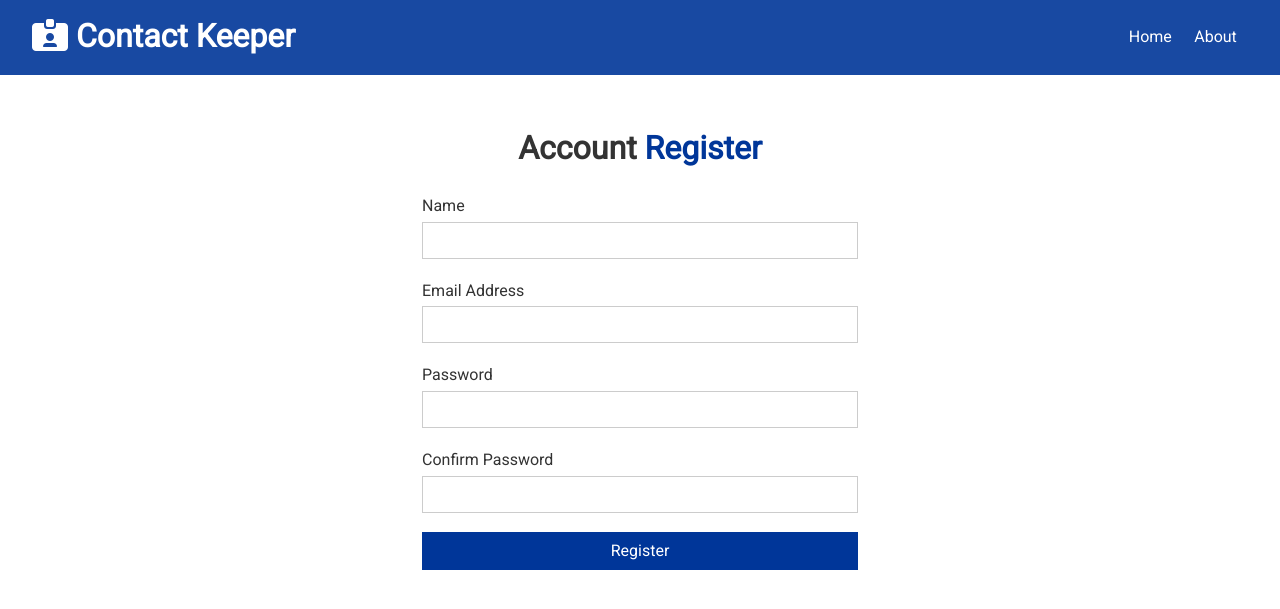
Repository: michaelm602623/contactKeeper
Page: /register (app in client/)
An editor plug-in stored every save of this project. The page is shown before and after the next save, followed by the edit.
The browser window is 1280 px wide. The pictures show the whole page.
Some web libraries are served in a nearby version. The project was rebuilt for these pictures with package versions that can differ from the ones it lists, and the page was loaded fresh each time. A package was used in the major version that the imports need, not the one package.json lists. Also part of the build but not shown: client/src/components/contacts/ContactItem.js, client/src/components/contacts/Contacts.js, client/src/components/contacts/ContactForm.js, client/src/components/contacts/ContactFilter.js, client/src/components/pages/Home.js, client/src/components/pages/About.js, client/src/components/auth/Login.js.

Above is the page before, as saved 2019-11-22 10:01:08.

### client/public/index.html
<!DOCTYPE html>
<html lang="en">
  <head>
    <meta charset="utf-8" />
    <link rel="icon" href="%PUBLIC_URL%/favicon.ico" />
    <meta name="viewport" content="width=device-width, initial-scale=1" />
    <meta name="theme-color" content="#000000" />
    <meta
      name="description"
      content="Web site created using create-react-app"
    />
    <link rel="apple-touch-icon" href="logo192.png" />
    <script src="https://kit.fontawesome.com/cdce8a0938.js" crossorigin="anonymous"></script>
    <link rel="manifest" href="%PUBLIC_URL%/manifest.json" />

    <title>Contact-Keeper</title>
  </head>
  <body>
    <noscript>You need to enable JavaScript to run this app.</noscript>
    <div id="root"></div>
  </body>
</html>

### client/src/App.js
import React, { Fragment } from "react";
import { BrowserRouter as Router, Route, Switch } from "react-router-dom";
import Navbar from "./components/layout/Navbar";
import Home from "./components/pages/Home";
import About from "./components/pages/About";
import Register from "./components/auth/Register";
import Login from "./components/auth/Login";

import ContactState from "./context/contact/ContactState";
import AuthState from "./context/auth/AuthState";
import "./App.css";

const App = () => {
  return (
    <AuthState>
      <ContactState>
        <Router>
          <Fragment>
            <Navbar />
            <div className='container'>
              <Switch>
                <Route exact path='/' component={Home} />
                <Route exact path='/about' component={About} />
                <Route exact path='/register' component={Register} />
                <Route exact path='/login' component={Login} />
              </Switch>
            </div>
          </Fragment>
        </Router>
      </ContactState>
    </AuthState>
  );
};

export default App;

### client/src/components/layout/Navbar.js
import React from "react";
import PropTypes from "prop-types";
import { Link } from "react-router-dom";

export const Navbar = ({ title, icon }) => {
  return (
    <div className='navbar bg-primary'>
      <h1>
        <i className={icon} /> {title}
      </h1>
      <ul>
        <li>
          <Link to='/'>Home</Link>
        </li>
        <li>
          <Link to='/about'>About</Link>
        </li>
      </ul>
    </div>
  );
};

Navbar.propTypes = {
  title: PropTypes.string.isRequired,
  icon: PropTypes.string
};

Navbar.defaultProps = {
  title: "Contact Keeper",
  icon: "fas fa-id-card-alt"
};

export default Navbar;

### client/src/components/auth/Register.js
import React, { useState } from "react";

const Register = () => {
  const [user, setUser] = useState({
    name: "",
    email: "",
    password: "",
    password2: ""
  });

  const { name, email, password, password2 } = user;

  const onChange = e => setUser({ ...user, [e.target.name]: e.target.value });

  const onSubmit = e => {
      e.preventDefault();
      console.log('Register submit');
  };

  return (
    <div className='form-container'>
      <h1>
        Account <span className='text-primary'>Register</span>
      </h1>
      <form onSubmit={onSubmit}>
        <div className='form-group'>
          <label htmlFor='name'>Name</label>
          <input type='text' name='name' value={name} onChange={onChange} />
        </div>
        <div className='form-group'>
          <label htmlFor='email'>Email Address</label>
          <input type='email' name='email' value={email} onChange={onChange} />
        </div>
        <div className='form-group'>
          <label htmlFor='password'>Password</label>
          <input type='password' name='password' value={password} onChange={onChange} />
        </div>
        <div className='form-group'>
          <label htmlFor='password2'>Confirm Password</label>
          <input type='password' name='password2' value={password2} onChange={onChange} />
        </div>
        <input type="submit" value="Register" className="btn btn-primary btn-block" />
      </form>
    </div>
  );
};

export default Register;

### client/src/context/contact/ContactState.js
import React, { useReducer } from "react";
import uuid from "uuid";
import ContactContext from "./contactContext";
import contactReducer from "./contactReducer";
import {
  ADD_CONTACT,
  DELETE_CONTACT,
  SET_CURRENT,
  CLEAR_CURRENT,
  UPDATE_CONTACT,
  FILTER_CONTACTS,
  CLEAR_FILTER
} from "../types";

const ContactState = props => {
  const initialState = {
    contacts: [
      {
        id: 1,
        name: "Jill Johnson",
        email: "jill@gmail.com",
        phone: "111-111-1111",
        type: "personal"
      },
      {
        id: 2,
        name: "Sara Watson",
        email: "sara@gmail.com",
        phone: "222-222-2222",
        type: "personal"
      },
      {
        id: 3,
        name: "Harry White",
        email: "harry@gmail.com",
        phone: "333-333-3333",
        type: "professional"
      }
    ],
    current: null,
    filtered: null
  };

  const [state, dispatch] = useReducer(contactReducer, initialState);

  //   Add Contact
  const addContact = contact => {
    contact.id = uuid.v4();
    dispatch({ type: ADD_CONTACT, payload: contact });
  };

  // Delete Contact
  const deleteContact = id => {
    dispatch({ type: DELETE_CONTACT, payload: id });
  };

  // Set Current Contact
  const setCurrent = contact => {
    dispatch({ type: SET_CURRENT, payload: contact });
  };

  // Clear Current Contact
  const clearCurrent = () => {
    dispatch({ type: CLEAR_CURRENT });
  };

  // Update Contact
  const updateContact = contact => {
    dispatch({ type: UPDATE_CONTACT, payload: contact });
  };

  // Filter Contacts
  const filterContacts = text => {
    dispatch({ type: FILTER_CONTACTS, payload: text });
  };

  // Clear Filter
  const clearFilter = () => {
    dispatch({ type: CLEAR_FILTER });
  };

  return (
    <ContactContext.Provider
      value={{
        contacts: state.contacts,
        current: state.current,
        filtered: state.filtered,
        addContact,
        deleteContact,
        setCurrent,
        clearCurrent,
        updateContact,
        filterContacts,
        clearFilter
      }}
    >
      {props.children}
    </ContactContext.Provider>
  );
};

export default ContactState;

### client/src/context/auth/AuthState.js
import React, { useReducer } from "react";
import AuthContext from "./authContext";
import authReducer from "./authReducer";
import {
  REGISTER_SUCCESS,
  REGISTER_FAIL,
  USER_LOADED,
  AUTH_ERROR,
  LOGIN_SUCCESS,
  LOGIN_FAIL,
  LOGOUT,
  CLEAR_ERRORS
} from "../types";

const AuthState = props => {
  const initialState = {
    token: localStorage.getItem("token"),
    isAuthenticated: null,
    loading: true,
    user: null,
    error: null
  };

  const [state, dispatch] = useReducer(authReducer, initialState);

  // Load User

  // Register User

  // Login User

  // Logout

  // Clear Errors

  return (
    <AuthContext.Provider
      value={{
        token: state.token,
        isAuthenticated: state.isAuthenticated,
        loading: state.loading,
        user: state.user,
        error: state.error
      }}
    >
      {props.children}
    </AuthContext.Provider>
  );
};

export default AuthState;

### client/src/App.css
@import url('https://fonts.googleapis.com/css?family=Roboto');



/* Global Styles */

:root {

  --primary-color: #003699;

  --dark-color: #333333;

  --light-color: #f4f4f4;

  --danger-color: #dc3545;

  --success-color: #28a745;

}



* {

  box-sizing: border-box;

  margin: 0;

  padding: 0;

}



body {

  font-family: 'Roboto', sans-serif;

  font-size: 1rem;

  line-height: 1.6;

  background-color: #fff;

  color: #333;

}



a {

  color: var(--primary-color);

  text-decoration: none;

}



a:hover {

  color: #666;

}



ul {

  list-style: none;

}



img {

  width: 100%;

}



/* Utilities */

.container {

  max-width: 1100px;

  margin: auto;

  overflow: hidden;

  padding: 0 2rem;

}



/* Text Styles*/

.x-large {

  font-size: 4rem;

  line-height: 1.2;

  margin-bottom: 1rem;

}



.large {

  font-size: 3rem;

  line-height: 1.2;

  margin-bottom: 1rem;

}



.lead {

  font-size: 1.5rem;

  margin-bottom: 1rem;

}



.text-center {

  text-align: center;

}



.text-primary {

  color: var(--primary-color);

}



.text-dark {

  color: var(--dark-color);

}



.text-center {

  text-align: center;

}



.text-right {

  text-align: right;

}



.text-left {

  text-align: left;

}



/* Cards */

.card {

  padding: 1rem;

  border: #ccc 1px dotted;

  margin: 0.7rem 0;

}



/* List */

.list {

  margin: 0.5rem 0;

}



.list li {

  padding-bottom: 0.3rem;

}



/* Padding */

.p {

  padding: 0.5rem;

}

.p-1 {

  padding: 1rem;

}

.p-2 {

  padding: 2rem;

}

.p-3 {

  padding: 3rem;

}

.py {

  padding: 0.5rem 0;

}

.py-1 {

  padding: 1rem 0;

}

.py-2 {

  padding: 2rem 0;

}

.py-3 {

  padding: 3rem 0;

}



/* Margin */

.m {

  margin: 0.5rem;

}

.m-1 {

  margin: 1rem;

}

.m-2 {

  margin: 2rem;

}

.m-3 {

  margin: 3rem;

}

.my {

  margin: 0.5rem 0;

}

.my-1 {

  margin: 1rem 0;

}

.my-2 {

  margin: 2rem 0;

}

.my-3 {

  margin: 3rem 0;

}



/* Grid */

.grid-2 {

  display: grid;

  grid-template-columns: repeat(2, 1fr);

  grid-gap: 2rem;

}



.grid-3 {

  display: grid;

  grid-template-columns: repeat(3, 1fr);

  grid-gap: 1rem;

}



.grid-4 {

  display: grid;

  grid-template-columns: repeat(4, 1fr);

  grid-gap: 2rem;

}



.grid-2-3 {

  display: grid;

  grid-template-columns: 2fr 3fr;

  grid-gap: 2rem;

}



.btn {

  display: inline-block;

  background: var(--light-color);

  color: #333;

  padding: 0.4rem 1.3rem;

  font-size: 1rem;

  border: none;

  cursor: pointer;

  margin-right: 0.5rem;

  transition: opacity 0.2s ease-in;

  outline: none;

}



.btn-link {

  background: none;

  padding: 0;

  margin: 0;

}



.btn-block {

  display: block;

  width: 100%;

}



.btn-sm {

  font-size: 0.8rem;

  padding: 0.3rem 1rem;

  margin-right: 0.2rem;

}



.badge {

  font-size: 0.8rem;

  padding: 0.2rem 0.7rem;

  text-align: center;

  margin: 0.3rem;

  background: var(--light-color);

  color: #333;

  border-radius: 5px;

}



.alert {

  padding: 0.7rem;

  margin: 1rem 0;

  opacity: 0.9;

  background: var(--light-color);

  color: #333;

}



.btn-primary,

.bg-primary,

.badge-primary,

.alert-primary {

  background: var(--primary-color);

  color: #fff;

}



.btn-light,

.bg-light,

.badge-light,

.alert-light {

  background: var(--light-color);

  color: #333;

}



.btn-dark,

.bg-dark,

.badge-dark,

.alert-dark {

  background: var(--dark-color);

  color: #fff;

}



.btn-danger,

.bg-danger,

.badge-danger,

.alert-danger {

  background: var(--danger-color);

  color: #fff;

}



.btn-success,

.bg-success,

.badge-success,

.alert-success {

  background: var(--success-color);

  color: #fff;

}



.btn-white,

.bg-white,

.badge-white,

.alert-white {

  background: #fff;

  color: #333;

  border: #ccc solid 1px;

}



.btn:hover {

  opacity: 0.8;

}



.bg-light,

.badge-light {

  border: #ccc solid 1px;

}



.round-img {

  border-radius: 50%;

}



/* Forms */

input {

  margin: 1.2rem 0;

}



.form-text {

  display: block;

  margin-top: 0.3rem;

  color: #888;

}



input[type='text'],

input[type='email'],

input[type='password'],

input[type='date'],

select,

textarea {

  display: block;

  width: 100%;

  padding: 0.4rem;

  font-size: 1.2rem;

  border: 1px solid #ccc;

}



input[type='submit'],

button {

  font: inherit;

}



.form-group {

  margin: 1.2rem 0;

}



.form-group input {

  margin: 0.2rem 0;

}



.form-container {

  max-width: 500px;

  margin: 2rem auto;

  overflow: hidden;

  padding: 0 2rem;

}



.form-container h1,

h2,

h3 {

  text-align: center;

}



table th,

table td {

  padding: 1rem;

  text-align: left;

}



table th {

  background: var(--light-color);

}



/* Navbar */

.navbar {

  display: flex;

  justify-content: space-between;

  align-items: center;

  padding: 0.7rem 2rem;

  z-index: 1;

  width: 100%;

  border-bottom: solid 1px var(--primary-color);

  opacity: 0.9;

  margin-bottom: 1rem;

}



.navbar ul {

  display: flex;

}



.navbar a {

  color: #fff;

  padding: 0.45rem;

  margin: 0 0.25rem;

}



.navbar a:hover {

  color: var(--light-color);

}



.navbar .welcome span {

  margin-right: 0.6rem;

}



/* Animation (Add After) */

.item-enter {

  opacity: 0;

}

.item-enter-active {

  opacity: 1;

  transition: opacity 1000ms ease-in;

}

.item-exit {

  opacity: 1;

}

.item-exit-active {

  opacity: 0;

  transition: opacity 1000ms ease-in;

}



/* Mobile Styles */

@media (max-width: 700px) {

  .hide-sm {

    display: none;

  }



  .grid-2,

  .grid-3,

  .grid-4 {

    grid-template-columns: 1fr;

  }



  /* Text Styles */

  .x-large {

    font-size: 3rem;

  }



  .large {

    font-size: 2rem;

  }



  .lead {

    font-size: 1rem;

  }



  /* Navbar */

  .navbar {

    display: block;

    text-align: center;

  }



  .navbar h1 {

    margin-bottom: 0.6rem;

  }



  .navbar ul {

    text-align: center;

    justify-content: center;

  }

}

### client/src/context/contact/contactReducer.js
import {
  GET_CONTACTS,
  ADD_CONTACT,
  DELETE_CONTACT,
  SET_CURRENT,
  CLEAR_CURRENT,
  UPDATE_CONTACT,
  FILTER_CONTACTS,
  CLEAR_FILTER,
  CONTACT_ERROR,
  CLEAR_CONTACTS
} from "../types";

export default (state, action) => {
  switch (action.type) {
    case ADD_CONTACT:
      return {
        ...state,
        contacts: [...state.contacts, action.payload]
      };
    case UPDATE_CONTACT:
      return {
        ...state,
        contacts: state.contacts.map(contact =>
          contact.id === action.payload.id ? action.payload : contact
        )
      };
    case DELETE_CONTACT:
      return {
        ...state,
        contacts: state.contacts.filter(
          contact => contact.id !== action.payload
        )
      };
    case SET_CURRENT:
      return {
        ...state,
        current: action.payload
      };
    case CLEAR_CURRENT:
      return {
        ...state,
        current: null
      };
    case FILTER_CONTACTS:
      return {
        ...state,
        filtered: state.contacts.filter(contact => {
          const regex = new RegExp(`${action.payload}`, "gi");
          return contact.name.match(regex) || contact.email.match(regex);
        })
      };
    case CLEAR_FILTER:
      return {
        ...state,
        filtered: null
      };
    default:
      return state;
  }
};

### client/src/context/types.js
export const GET_CONTACTS = "GET_CONTACTS";
export const ADD_CONTACT = "ADD_CONTACT";
export const DELETE_CONTACT = "DELETE_CONTACT";
export const SET_CURRENT = "SET_CURRENT";
export const CLEAR_CURRENT = "CLEAR_CURRENT";
export const UPDATE_CONTACT = "UPDATE_CONTACT";
export const FILTER_CONTACTS = "FILTER_CONTACTS";
export const CLEAR_CONTACTS = "CLEAR_CONTACTS";
export const CLEAR_FILTER = "CLEAR_FILTER";
export const CONTACT_ERROR = "CONTACT_ERROR";
export const SET_ALERT = "SET_ALERT";
export const REMOVE_ALERT = "REMOVE_ALERT";
export const REGISTER_SUCCESS = "REGISTER_SUCCESS";
export const REGISTER_FAIL = "REGISTER_FAIL";
export const USER_LOADED = "USER_LOADED";
export const AUTH_ERROR = "AUTH_ERROR";
export const LOGIN_SUCCESS = "LOGIN_SUCCESS";
export const LOGIN_FAIL = "LOGIN_FAIL";
export const LOGOUT = "LOGOUT";
export const CLEAR_ERRORS = "CLEAR_ERRORS";

Loaded but not shown: client/src/index.js (common file); client/src/context/contact/contactContext.js (common file); client/src/context/auth/authContext.js (common file); client/src/context/auth/authReducer.js (no stored copy; drawn as an empty file)

After the next save:
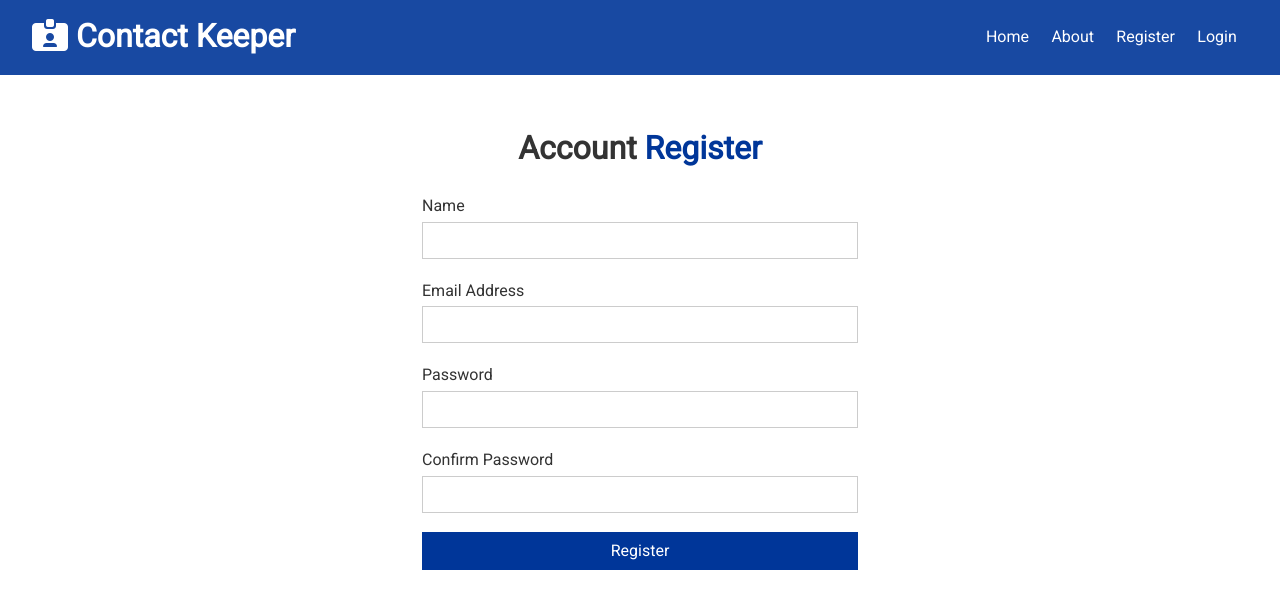
Saved 4 min 30 s later.
--- a/client/src/components/layout/Navbar.js
+++ b/client/src/components/layout/Navbar.js
@@ -15,6 +15,12 @@ export const Navbar = ({ title, icon }) => {
         <li>
           <Link to='/about'>About</Link>
         </li>
+        <li>
+          <Link to='/register'>Register</Link>
+        </li>
+        <li>
+          <Link to='/login'>Login</Link>
+        </li>
       </ul>
     </div>
   );
